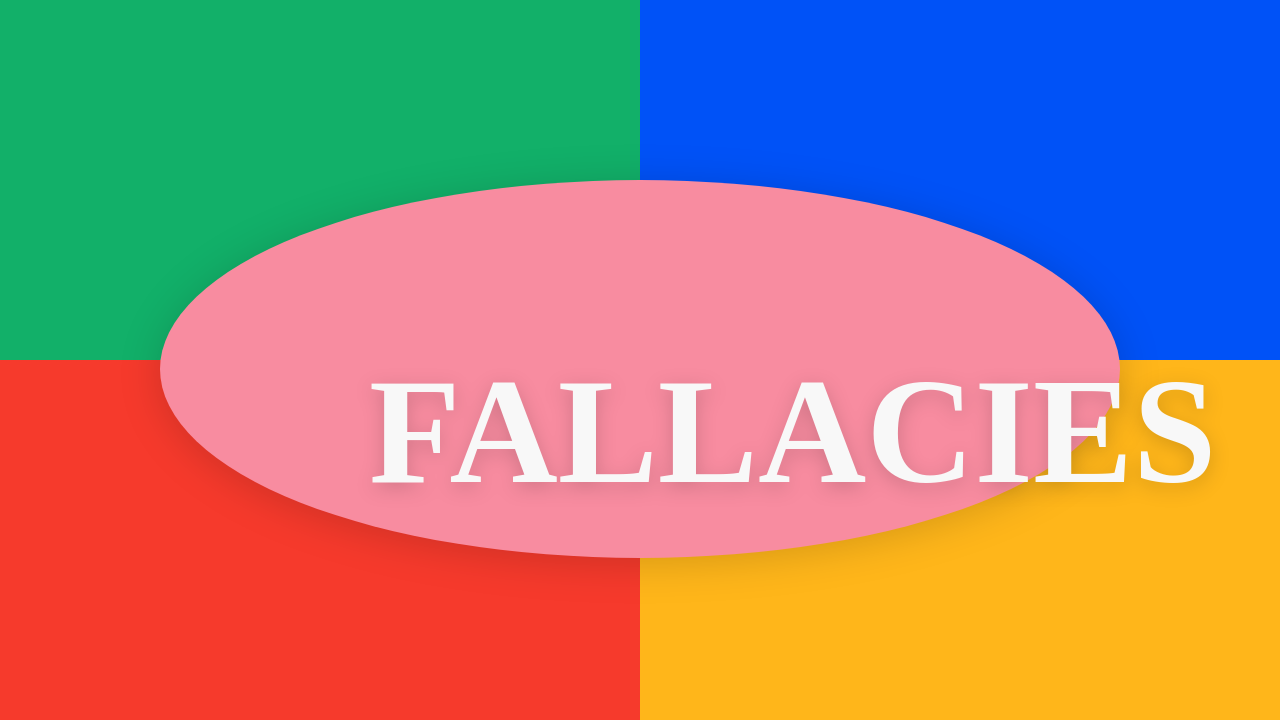
Repository: yafugray/fallacies
Page: project/Midterm project/index.html
An editor plug-in stored every save of this project. The page is shown before and after the next save, followed by the edit.
The browser window is 1280 px wide. The pictures show the whole page.

Above is the page before, as saved 2020-03-12 14:53:01.

### project/Midterm project/index.html
<!DOCTYPE html>
<html lang="en">
<head>
    <meta charset="UTF-8">
    <meta name="viewport" content="width=device-width, initial-scale=1.0">
    <title>Fallacies</title>
    <link href="app.css" rel="stylesheet">
</head>
<body>
    <div id="Mainpage">
        <div id="rec1"></div>
        <div id="rec2"></div>
        <div id="rec3"></div>
        <div id="rec4"></div>
        <div id="group1">
            <svg class="ellipse">
                <ellipse fill="rgba(248,140,160,1)" id="Ellipse_8" rx="75%" ry="75%" cx="50%" cy="75%">
                </ellipse>
            </svg>
            <div id="fallacies">
                <span>FALLACIES</span>
            </div>
        </div>
    </div>
</body>
</html>

### project/Midterm project/app.css
* {
    margin: 0;
    padding: 0;
    box-sizing: border-box;
    border: none;
}

#Mainpage {
    position: absolute;
    width: 100vw;
    height: 100vh;
    background-color: azure;
    overflow: hidden;
}
@keyframes fadein {

    0% {
        opacity: 0;
    }
    100% {
        opacity: 1;
    }

}

#rec1 {
	position: absolute;
	overflow: visible;
	width: 50vw;
	height: 50vh;
	left: 0px;
    top: 0px;
    background-color: rgba(18,176,105,1);
}
#rec4 {
	position: absolute;
	overflow: visible;
	width: 50vw;
	height: 50vh;
	left: 0px;
    bottom: 0px;
    background-color: rgba(246,58,44,1);
}
#rec2 {
	position: absolute;
	overflow: visible;
	width: 50vw;
	height: 50vh;
	right: 0px;
    top: 0px;
    background-color: rgba(0,82,247,1);
}
#rec3 {
	position: absolute;
	overflow: visible;
	width: 50vw;
	height: 50vh;
	right: 0px;
    bottom: 0px;
    background-color: rgba(255,182,26,1);
}

#group1 {
    position: absolute;
	width: 70vw;
	height: 35vh;
    left: 25%;
    right: 25%;
    top: 25%;
    bottom: 25%;
	overflow: visible;
	--web-animation: fadein 0.3s ease-out;
	--web-action-type: page;
	--web-action-target: custom___2.html;
	cursor: pointer;
}

.ellipse {
    filter: drop-shadow(0px 5px 20px rgba(0, 0, 0, 0.161));
	position: absolute;
	overflow: visible;
	width: 50vw;
	height: 35vh;
    left: 0px;
    right:0px;
    top: 0px;
    bottom: 0px;
}

#fallacies {
    font-family: titling-gothic-fb-Narrow, sans-serif;
    font-style: Black;
    font-weight: 900;
    filter: drop-shadow(0px 5px 10px rgba(0, 0, 0, 0.161));
    position: absolute;
    left: 49px;
    top: 165px;
    overflow: visible;
    width: 889px;
    white-space: nowrap;
    text-align: left;
    font-family: TitlingGothicFB Narrow;
    font-style: normal;
    font-weight: bold;
    font-size: 150px;
    color: rgba(248,248,248,1);
}

After the next save:
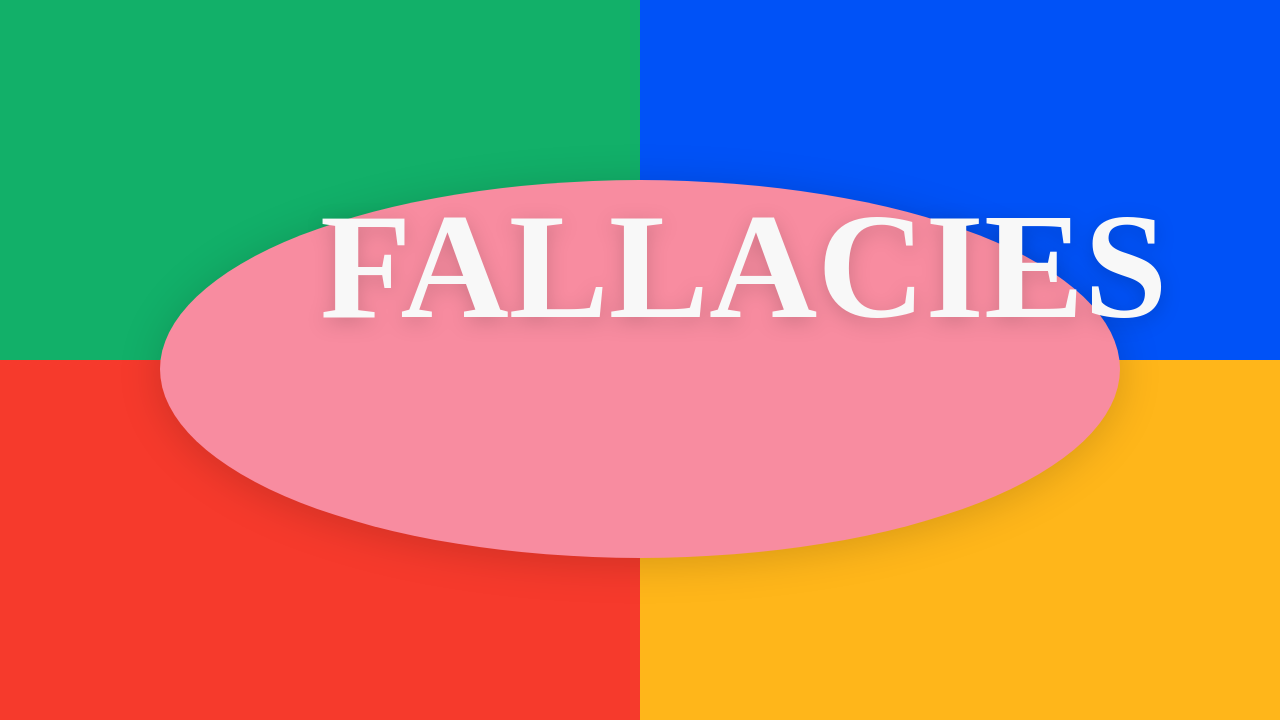
Saved 76 s later.
--- a/project/Midterm project/app.css
+++ b/project/Midterm project/app.css
@@ -93,8 +93,8 @@
     font-weight: 900;
     filter: drop-shadow(0px 5px 10px rgba(0, 0, 0, 0.161));
     position: absolute;
-    left: 49px;
-    top: 165px;
+    left: 0;
+    top: 0;
     overflow: visible;
     width: 889px;
     white-space: nowrap;
